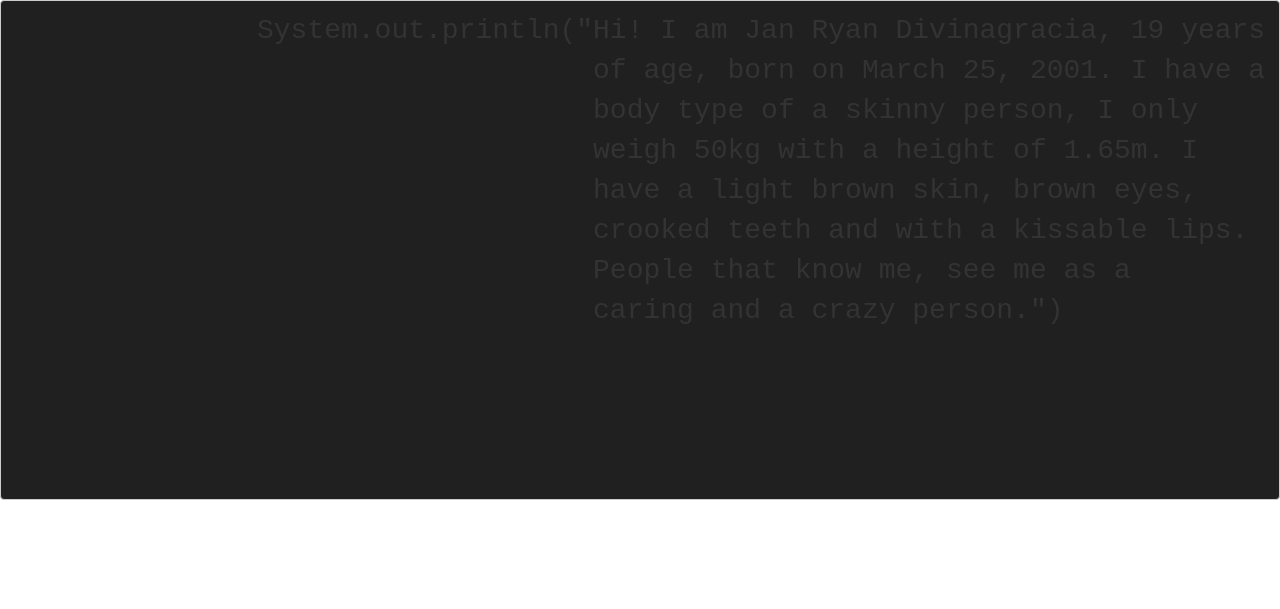
Repository: janry-gracia/Divinagracia_FinalProject
Page: Pages/storyofmylife.html
An editor plug-in stored every save of this project. The page is shown before and after the next save, followed by the edit.
The browser window is 1280 px wide. The pictures show the whole page.

Above is the page before, as saved 2021-05-17 23:09:52.
Console error: TypeError: Cannot read properties of null (reading 'addEventListener')

### Pages/storyofmylife.html
<!DOCTYPE html>
<html lang="en">
<head>
    <meta charset="UTF-8">
    <meta http-equiv="X-UA-Compatible" content="IE=edge">
    <meta name="viewport" content="width=device-width, initial-scale=1.0">
    <title>Story of My Life</title>
    <link rel="stylesheet" href="/css/bootstrap.css">
    <link rel="stylesheet" href="/css/storyofmylife.css">
</head>
<body>

    <div class="container-fluid ">

        <div class="container-fluid typewriter">
            <div class="typewriter">

            </div>
            <pre class="message">System.out.println("Hi! I am Jan Ryan Divinagracia, 19 years
                    of age, born on March 25, 2001. I have a
                    body type of a skinny person, I only
                    weigh 50kg with a height of 1.65m. I
                    have a light brown skin, brown eyes,
                    crooked teeth and with a kissable lips.
                    People that know me, see me as a
                    caring and a crazy person.")
            </pre>
        </div>


    </div>


    <script src ="/js/jquery-3.6.0.min.js"></script>
    <script src="/js/bootstrap.js"></script>
    <script src="/js/script.js"></script>

</body>
</html>

### css/storyofmylife.css
@import url('https://fonts.googleapis.com/css2?family=Fira+Code:wght@300;400;500&display=swap');

*{
    padding: 0;
    margin: 0;
    box-sizing: border-box;
}

html, body{
    height: 100%;
    width: 100%;
    overflow: hidden;

}

.container-fluid{
    padding: 0;
    margin: 0;
    box-sizing: border-box;
}

.message{
    padding-left: 20%;
    height: 500px;
    background-color: rgb(32, 32, 32);
    font-family: 'Fire Code', monospace;
    font-size: 2em;


}

.message pre{
    overflow: hidden; /* Ensures the content is not revealed until the animation */
    border-right: .15em solid orange; /* The typwriter cursor */
    white-space: nowrap; /* Keeps the content on a single line */
    margin: 0 auto; /* Gives that scrolling effect as the typing happens */
    letter-spacing: .15em; /* Adjust as needed */
    animation: typing 3.5s steps(40, end), blink-caret .75s step-end infinite;
}

/* The typing effect */
@keyframes typing {
    from { width: 0 }
    to { width: 100% }
  }

  /* The typewriter cursor effect */
  @keyframes blink-caret {
    from, to { border-color: transparent }
    50% { border-color: orange; }
  }

### js/script.js
let btn1= document.querySelector(".box1");
let btn2 = document.querySelector(".box2");
let text = document.querySelector(".greeting");
let frontpage = document.querySelector(".frontpage");
let secondpage = document.querySelector(".secondpage");
let button = document.querySelector(".button");
let logo = document.querySelector(".logo");



btn1.addEventListener("click", function() {
    btn1.classList.add("box1transition");
    btn1.style.transition = "transform 3s";
    btn2.classList.add("box2transition");
    btn2.style.transition = "transform 3s";
    text.style.animationName = "hidecontent";

    setTimeout(function () {
        window.open('Pages/backpage.html', '_self');
    }, 2500);

});


btn2.addEventListener("click", function() {
    btn1.classList.add("box1transition");
    btn1.style.transition = "transform 3s";
    btn2.classList.add("box2transition");
    btn2.style.transition = "transform 3s";
    text.style.animationName = "hidecontent";
    setTimeout(function () {
        window.open('Pages/backpage.html', '_self');
    }, 2500);

});


text.addEventListener("click", function() {
    btn1.classList.add("box1transition");
    btn1.style.transition = "transform 3s";
    btn2.classList.add("box2transition");
    btn2.style.transition = "transform 3s";
    text.style.animationName = "hidecontent";
    setTimeout(function () {
        window.open('Pages/backpage.html', '_self');
    }, 2500);

});

Loaded but not shown: css/bootstrap.css (library); js/jquery-3.6.0.min.js (library); js/bootstrap.js (library)

After the next save:
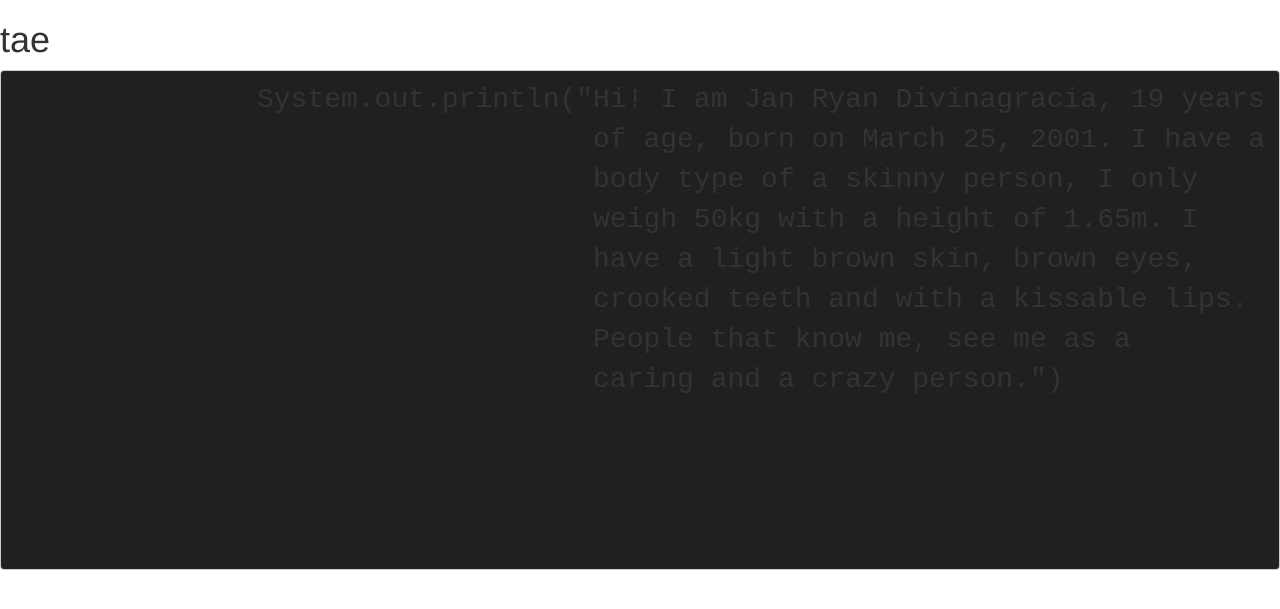
Saved 26 s later.
--- a/Pages/storyofmylife.html
+++ b/Pages/storyofmylife.html
@@ -14,7 +14,7 @@
 
         <div class="container-fluid typewriter">
             <div class="typewriter">
-
+                <h1>tae</h1>
             </div>
             <pre class="message">System.out.println("Hi! I am Jan Ryan Divinagracia, 19 years
                     of age, born on March 25, 2001. I have a
